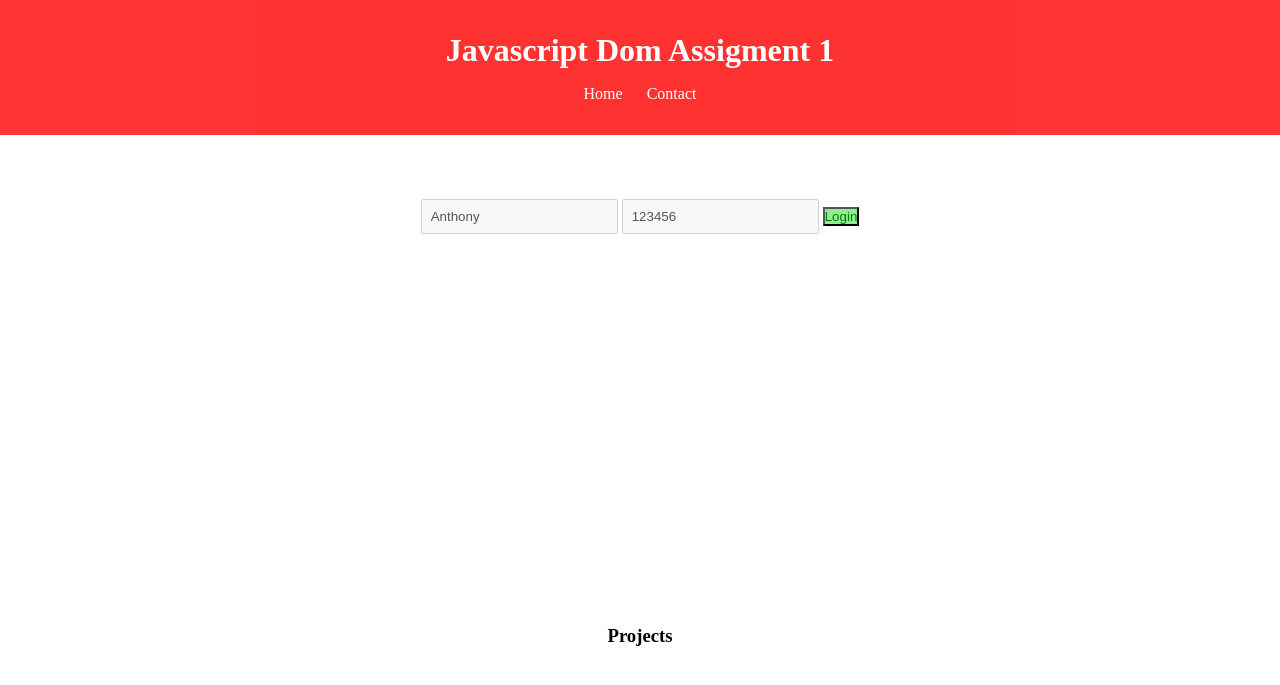
Repository: haakanerol/haakanerol
Page: Js.ass1/index.html
These files come from the project's save history. The page is drawn as it stood at one moment and after a run of saves; the edit follows.
The browser window is 1280 px wide. The pictures show the whole page.

Above is the page before, as saved 2024-02-25 16:16:07.

After the next 2 saves:
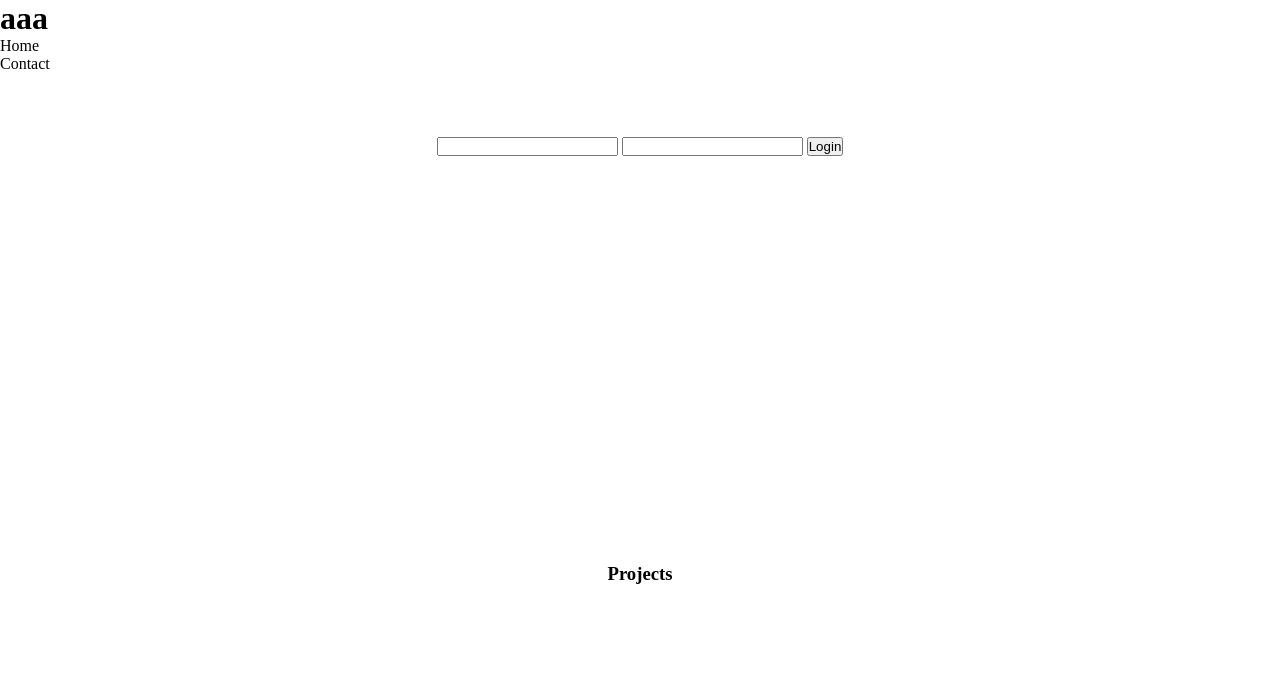
Console error: SyntaxError: Unexpected end of input
The 2 saves are shown as one change because they came seconds apart.
The last was saved 103 s later.
--- a/Js.ass1/app.js
+++ b/Js.ass1/app.js
@@ -28,3 +28,4 @@ newPassword.style.padding = ".5rem"
 newBtn = document.querySelector(".btn")
 newBtn.style.backgroundColor = "lightgreen"
 newBtn.style.color = "green"
+newBtn.style.

After the 5 saves that followed:
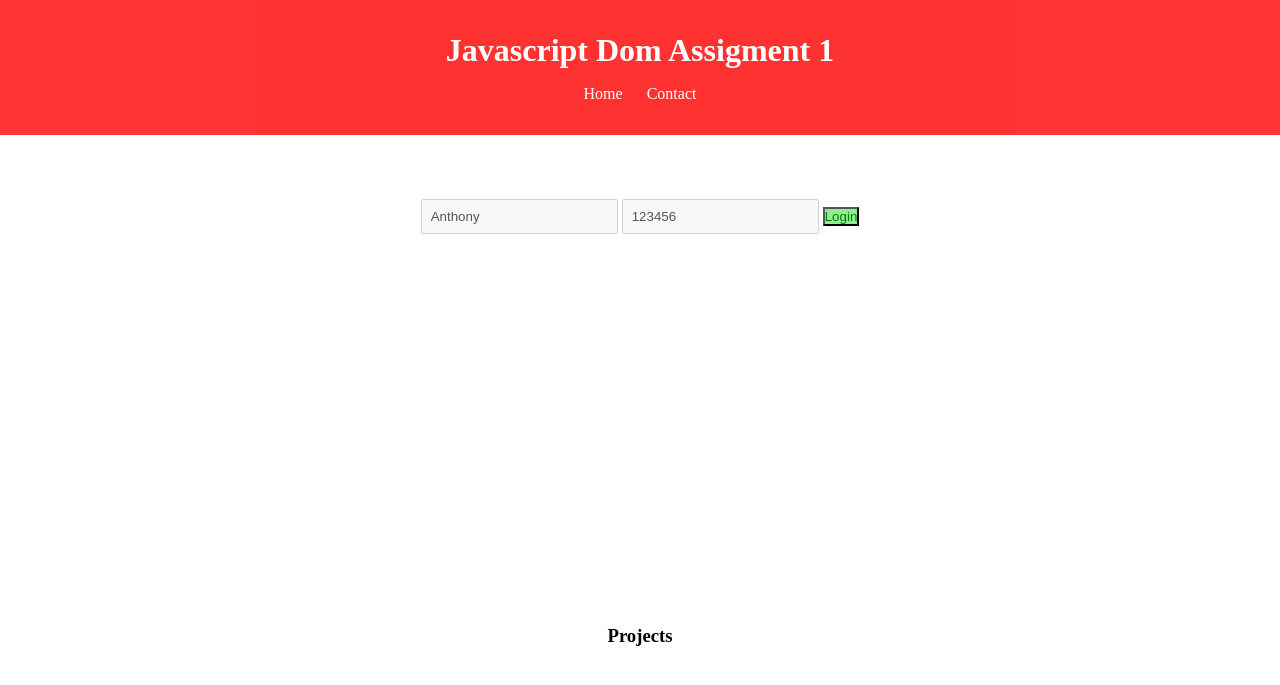
The error is gone.
The 5 saves are shown as one change because they came seconds apart.
The last was saved 14 s later.
--- a/Js.ass1/app.js
+++ b/Js.ass1/app.js
@@ -28,4 +28,4 @@ newPassword.style.padding = ".5rem"
 newBtn = document.querySelector(".btn")
 newBtn.style.backgroundColor = "lightgreen"
 newBtn.style.color = "green"
-newBtn.style.
+newBtn.style.padding = " "
